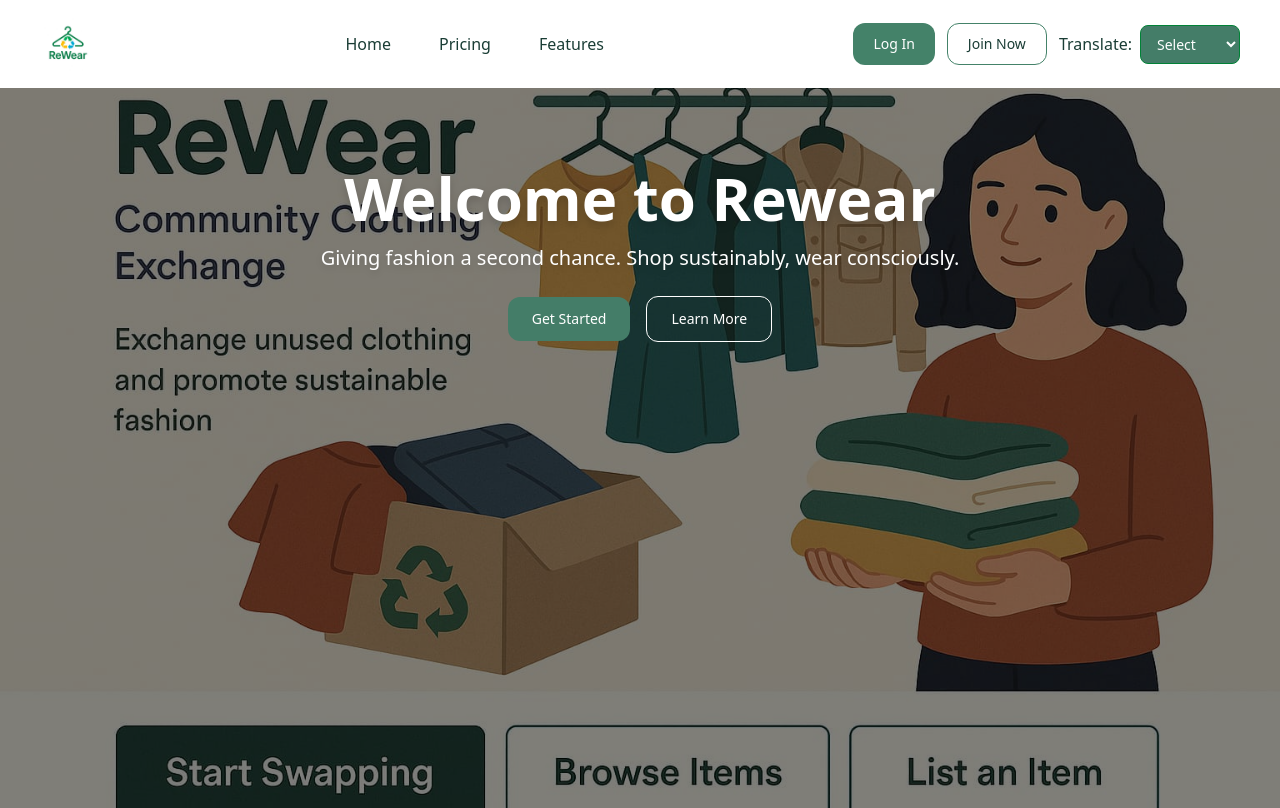
Repository: Swastikkkkk/vv
Page: / (app in OneDrive/Desktop/Yuzichahal/frontend/)
The author's editor kept a copy of each file at every save. The page is drawn from the files as they stood at one save, then again after a run of saves.
The browser window is 1280 px wide. The pictures show the whole page.
The project was rebuilt for these pictures with package versions that can differ from the ones it lists, and the page was loaded fresh each time. Also part of the build but not shown: OneDrive/Desktop/Yuzichahal/frontend/vite.config.js, OneDrive/Desktop/Yuzichahal/frontend/src/components/Signup.jsx, OneDrive/Desktop/Yuzichahal/frontend/src/components/Login.jsx.

Above is the page before, as saved 2025-07-12 09:49:52.

After the next 4 saves:
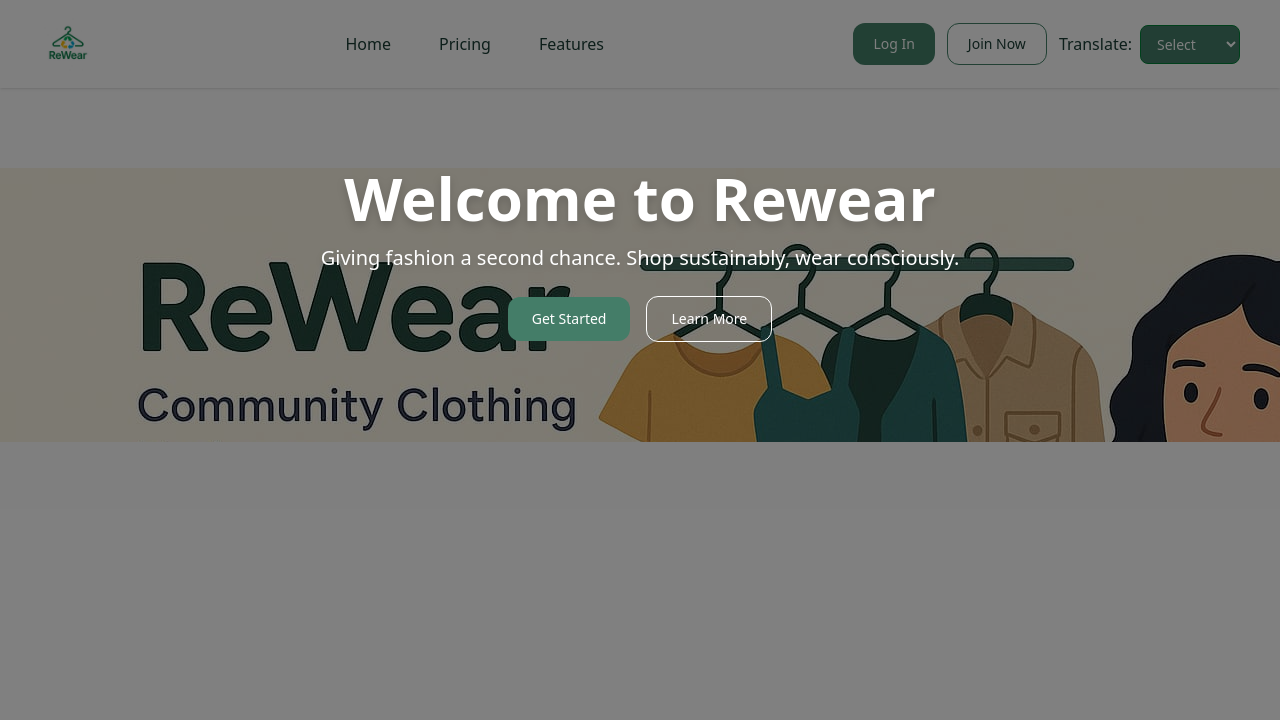
The 4 saves are shown as one change because they came seconds apart.
The last was saved 51 s later.
--- a/OneDrive/Desktop/Yuzichahal/frontend/src/components/Herosection.jsx
+++ b/OneDrive/Desktop/Yuzichahal/frontend/src/components/Herosection.jsx
@@ -4,7 +4,7 @@ import heroImage from '../assets/Heroimage.jpg';
 const HeroSection = () => {
   return (
     <section
-      className="w-screen h-screen bg-center bg-cover relative flex items-start justify-center"
+
       style={{ backgroundImage: `url(${heroImage})` }}
     >
       {/* Dark overlay */}
